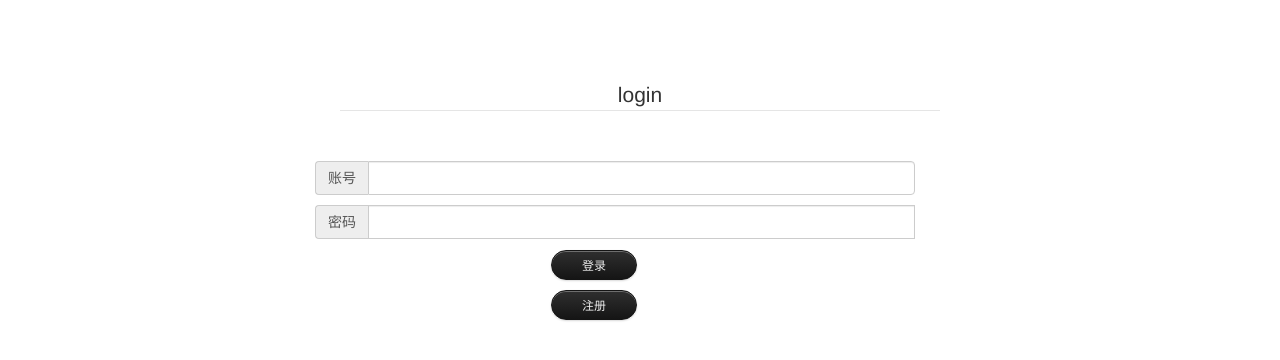
Repository: silzx/learning
Page: http://localhost/MyBatis/
These files come from the project's save history. The page is drawn as it stood at one moment and after the next save; the edit follows.
The browser window is 1280 px wide. The pictures show the whole page.
The page is served by Tomcat 9.

Above is the page before, as saved 2017-11-13 02:27:39.
Console error (its wording comes from the project's code and is left out).

After the next save:
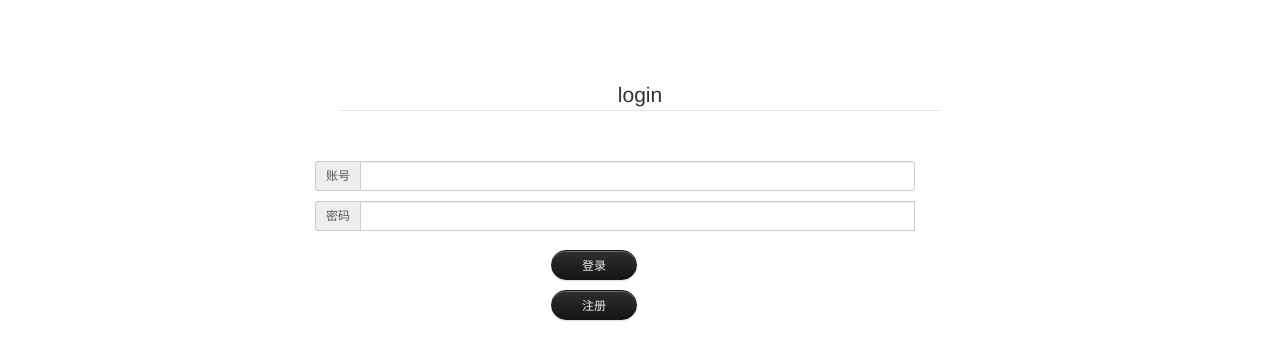
Saved 24 s later.
--- a/MyBatis/WebContent/index.jsp
+++ b/MyBatis/WebContent/index.jsp
@@ -67,12 +67,12 @@
 		<fieldset style="width: 600px"><legend>login</legend>
 				<form action="<%=basePath%>UserAction/userLogin.action" method="post">
 				<span style="color: red; visibility: hidden;" id="error" >账号或者密码错误</span><p>
-				<div id="reset" class="input-group">
+				<div id="reset" class="input-group input-group-sm">
 					<span class="input-group-addon">账号</span>
 					<input type="text" name="u.name" class="form-control" value="<%=name %>">
 				</div>
 				<p/>
-				<div id="pad" class="input-group">
+				<div id="pad" class="input-group input-group-sm" >
 					<span class="input-group-addon">密码</span>
 					<input type="password" name="u.pwd" class="form-control" ><p><br/>
 				</div>

After the save that followed:
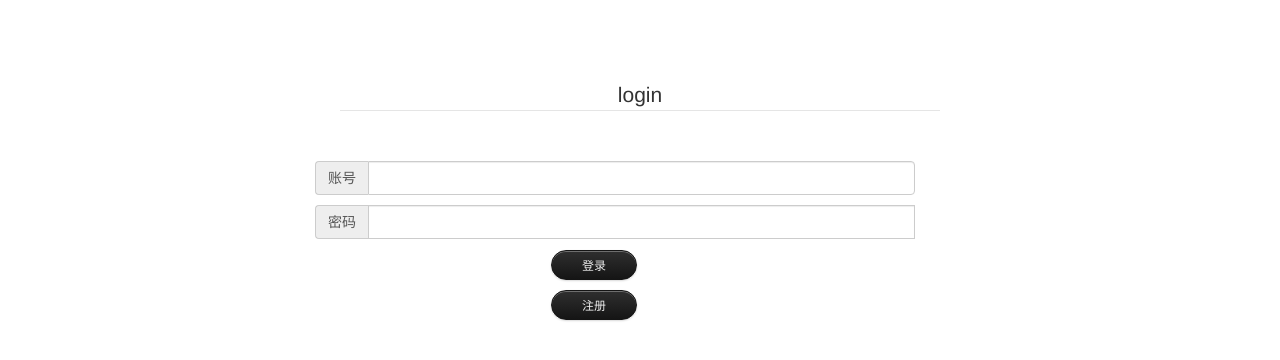
Saved 7 s later.
--- a/MyBatis/WebContent/index.jsp
+++ b/MyBatis/WebContent/index.jsp
@@ -67,12 +67,12 @@
 		<fieldset style="width: 600px"><legend>login</legend>
 				<form action="<%=basePath%>UserAction/userLogin.action" method="post">
 				<span style="color: red; visibility: hidden;" id="error" >账号或者密码错误</span><p>
-				<div id="reset" class="input-group input-group-sm">
+				<div id="reset" class="input-group">
 					<span class="input-group-addon">账号</span>
 					<input type="text" name="u.name" class="form-control" value="<%=name %>">
 				</div>
 				<p/>
-				<div id="pad" class="input-group input-group-sm" >
+				<div id="pad" class="input-group " >
 					<span class="input-group-addon">密码</span>
 					<input type="password" name="u.pwd" class="form-control" ><p><br/>
 				</div>
